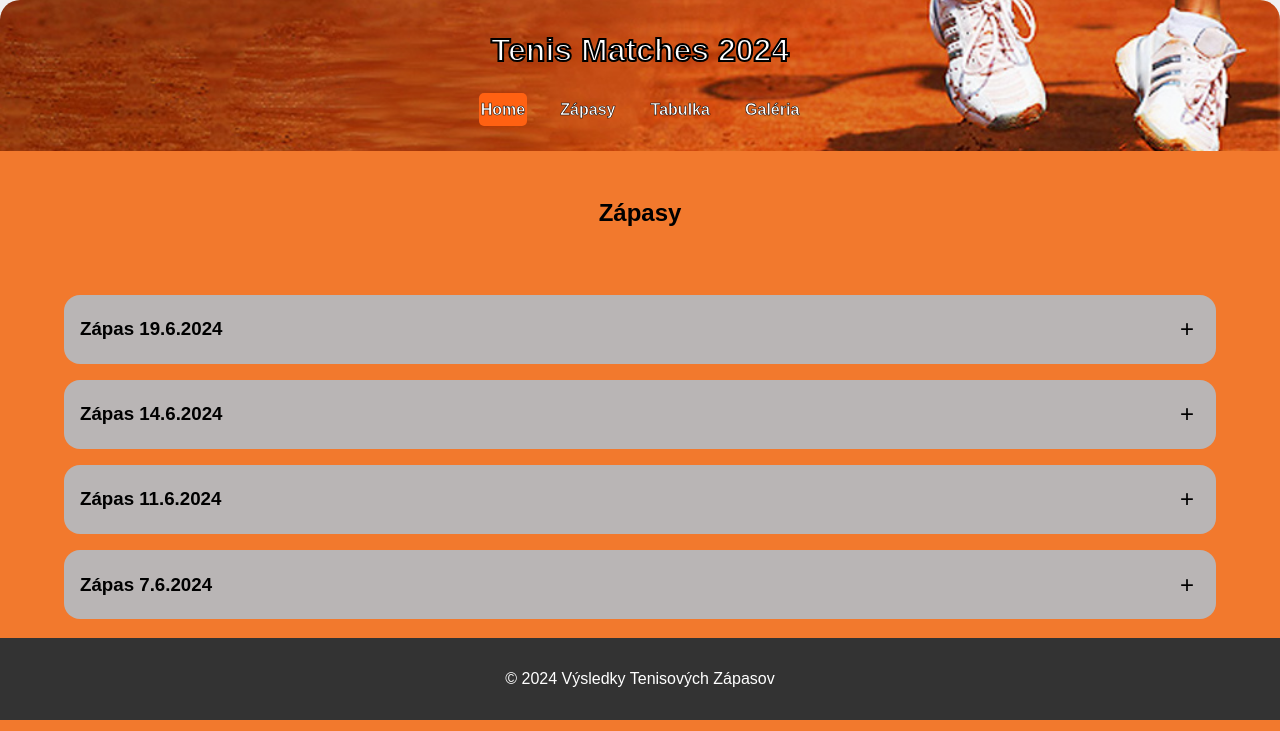
Repository: Badynko/tenis
Page: matches.html
An editor plug-in stored every save of this project. The page is shown before and after the next save, followed by the edit.
The browser window is 1280 px wide. The pictures show the whole page.
The pointer rests on the first visible `.menu a`.

Above is the page before, as saved 2024-07-23 18:25:46.

### matches.html
<!DOCTYPE html>
<html lang="sk">
  <head>
    <meta charset="UTF-8" />
    <meta name="viewport" content="width=device-width, initial-scale=1.0" />
    <title>Tenis Matches 2024</title>
    <link rel="stylesheet" href="css/style.css" />
  </head>
  <body>
    <header>
      <h1>Tenis Matches 2024</h1>
      <nav>
        <ul class="menu">
          <li><a href="index.html">Home</a></li>
          <li><a href="matches.html">Zápasy</a></li>
          <li><a href="table.html">Tabulka</a></li>
          <li><a href="gallery.html">Galéria</a></li>
        </ul>
      </nav>
    </header>
    <main>
      <section id="zapasy">
        <h2>Zápasy</h2>

        <div class="accordion-container">
          <div class="accordion">
            <div class="accordion-header">
              <h3>Zápas 19.6.2024</h3>
              <button>+</button>
            </div>
            <div class="accordion-body">
              <div class="player">Bady</div>
              <div class="score">6 - 4, 3 - 6, 3 - 6</div>
              <div class="player">Wicta</div>
            </div>
          </div>

          <div class="accordion">
            <div class="accordion-header">
              <h3>Zápas 14.6.2024</h3>
              <button>+</button>
            </div>
            <div class="accordion-body">
              <div class="player">Bady</div>
              <div class="score">3 - 6, 3 - 6</div>
              <div class="player">Wicta</div>
            </div>
          </div>

          <div class="accordion">
            <div class="accordion-header">
              <h3>Zápas 11.6.2024</h3>
              <button>+</button>
            </div>
            <div class="accordion-body">
              <div class="player">Bady</div>
              <div class="score">6 - 2, 4 - 6, 6 - 1</div>
              <div class="player">Wicta</div>
            </div>
          </div>

          <div class="accordion">
            <div class="accordion-header">
              <h3>Zápas 7.6.2024</h3>
              <button>+</button>
            </div>
            <div class="accordion-body">
              <div class="player">Bady</div>
              <div class="score">6 - 4, 6 - 2</div>
              <div class="player">Wicta</div>
            </div>
          </div>
        </div>

        <!--<button class="match">
          Zápas 7
          <p>19.6.2024</p>
        </button>
        <div class="accordion, hidden">
          <div class="player">Bady</div>
          <div class="score">6 - 4, 4 - 6, 6 - 2</div>
          <div class="player">Wicta</div>
        </div>

        <button class="match">
          Zápas 6
          <p>16.6.2024</p>
        </button>
        <div class="accordion, hidden">
          <div class="player">Bady</div>
          <div class="score">6 - 3, 7 - 5</div>
          <div class="player">Wicta</div>
        </div>

        <button class="match">
          Zápas 5
          <p>13.6.2024</p>
        </button>
        <div class="accordion, hidden">
          <div class="player">Bady</div>
          <div class="score">6 - 3, 7 - 5</div>
          <div class="player">Wicta</div>
        </div>-->
      </section>
    </main>
    <footer>
      <p>&copy; 2024 Výsledky Tenisových Zápasov</p>
    </footer>
    <script src="js/script-matches.js"></script>
  </body>
</html>

### css/style.css
body {
  font-family: Arial, sans-serif;
  margin: 0;
  padding: 0;
  background-color: #f0f0f0;
}

header {
  color: #fff;
  text-align: center;
  padding: 1rem 0;
  border-radius: 20px 20px 0 0;
  font-family: Century Gothic, CenturyGothic, AppleGothic, sans-serif;

  background: url(../img/header.jpg) 100% / cover;
}

h1 {
  -webkit-text-stroke: 2px black;
  margin: 0;
  margin-top: 1rem;
}

nav {
  margin: 2rem 0;
  margin-bottom: 0;
}

.menu {
  list-style-type: none;
  padding: 0;
  display: flex;
  justify-content: center;
}

.menu li {
  margin: 0 1rem;
}

.menu a {
  color: #fff;
  text-decoration: none;
  padding: 0.5rem 0.1rem;
  border-radius: 5px;
  transition: background-color 0.3s;
  font-weight: bold;
  -webkit-text-stroke: 0.5px black;
}

.menu a:hover {
  background-color: #ff6112;
}

main {
  margin-bottom: 0;
  background-color: #f2792d;
  padding: 1rem;
  text-align: center;
}

section {
  margin: 2rem 0;
}

.match {
  background-color: #fff;
  padding: 1rem;
  border-radius: 5px;
  box-shadow: 0 0 10px rgba(0, 0, 0, 0.1);
  display: flex;
  justify-content: space-between;
  align-items: center;
  flex-wrap: wrap;
}

.player {
  font-size: 1.2rem;
  flex: 1 1 100%;
  text-align: center;
  margin: 0.5rem 0;
}

.score {
  font-size: 1.5rem;
  flex: 1 1 100%;
  text-align: center;
  font-weight: bold;
  color: #333;
  margin: 0.5rem 0;
}

footer {
  background-color: #333;
  color: #fff;
  text-align: center;
  padding: 1rem 0;
  position: fixed;
  left: 0;
  bottom: 0;
  width: 100%;
}

@media (min-width: 600px) {
  .match {
    flex-wrap: nowrap;
  }

  .player,
  .score {
    flex: 1;
    text-align: left;
  }

  .score {
    text-align: center;
  }
}

/* HOME SLIDER */
.slider {
  margin-top: 3rem;
  width: 100%;
  padding-bottom: 50%;
}
.slider img {
  width: 100%;
  overflow: hidden;
}
.wrapper {
  width: 100%;
  margin: 0;
}
@media only screen and (min-width: 1024px) {
  .wrapper {
    width: 1024px;
    margin: auto;
  }
}

/* Accordion Styles */

.accordion {
  margin-bottom: 1rem;
}

.accordion-container {
  padding: 3rem;
}

.accordion-header,
.accordion-body {
  padding: 0.3rem 1rem;
}

.accordion-header {
  display: flex;
  justify-content: space-between;
  align-items: center;
  background-color: #b9b5b5;
  border-radius: 1rem;
  cursor: pointer;
}

.accordion-header button {
  background-color: transparent;
  border: none;
  font-size: 1.5rem;
}

.accordion-header:hover {
  background-color: #716f6f;
}

.accordion-body {
  background-color: #fff;
  border-radius: 0 0 1rem 1rem;
  display: none;
}

.accordion.active .accordion-body {
  display: block;
}

### js/script-matches.js
"use strict";

const accordions = document.querySelectorAll(".accordion");
accordions.forEach((accordion) => {
  accordion.addEventListener("click", (e) => {
    let accordionBtn = accordion.querySelector("button");
    accordion.classList.toggle("active");
    if (accordionBtn.textContent === "+") {
      accordionBtn.textContent = "-";
    } else {
      accordionBtn.textContent = "+";
    }
  });
});

After the next save:
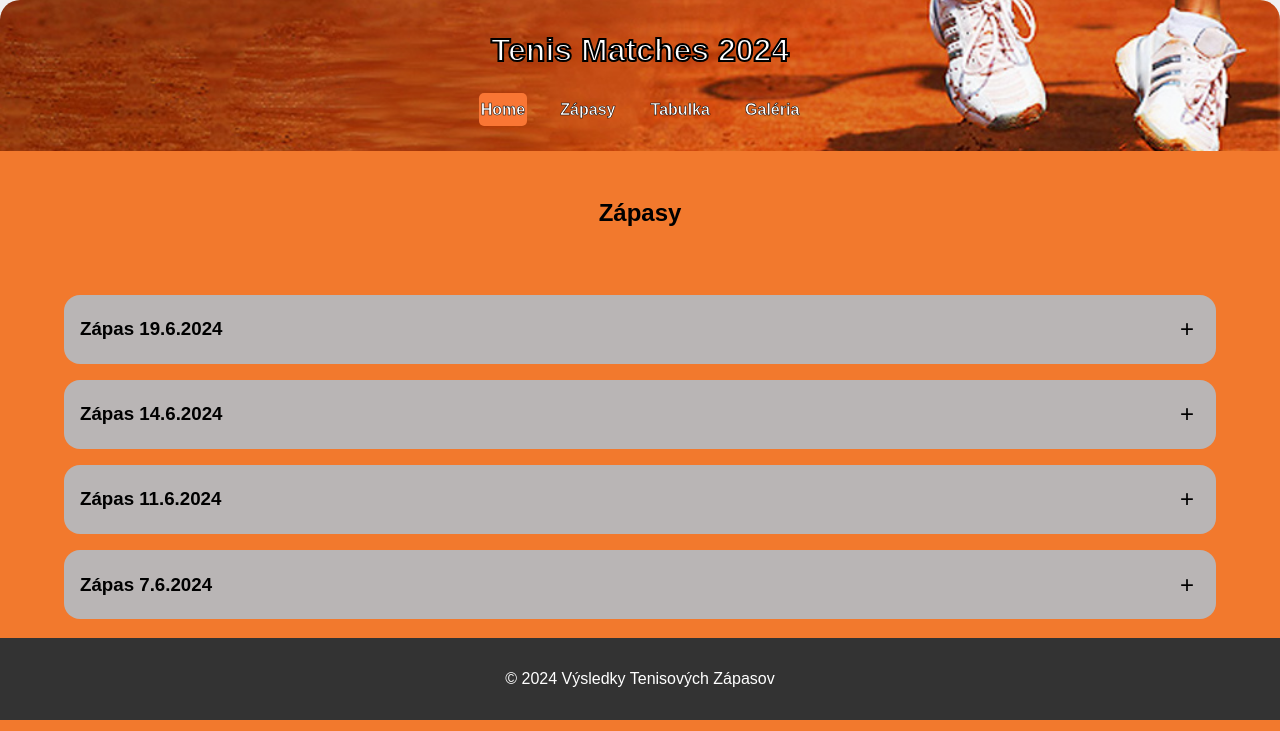
Saved 23 s later.
--- a/css/style.css
+++ b/css/style.css
@@ -48,7 +48,7 @@ nav {
 }
 
 .menu a:hover {
-  background-color: #ff6112;
+  background-color: #f97634;
 }
 
 main {
